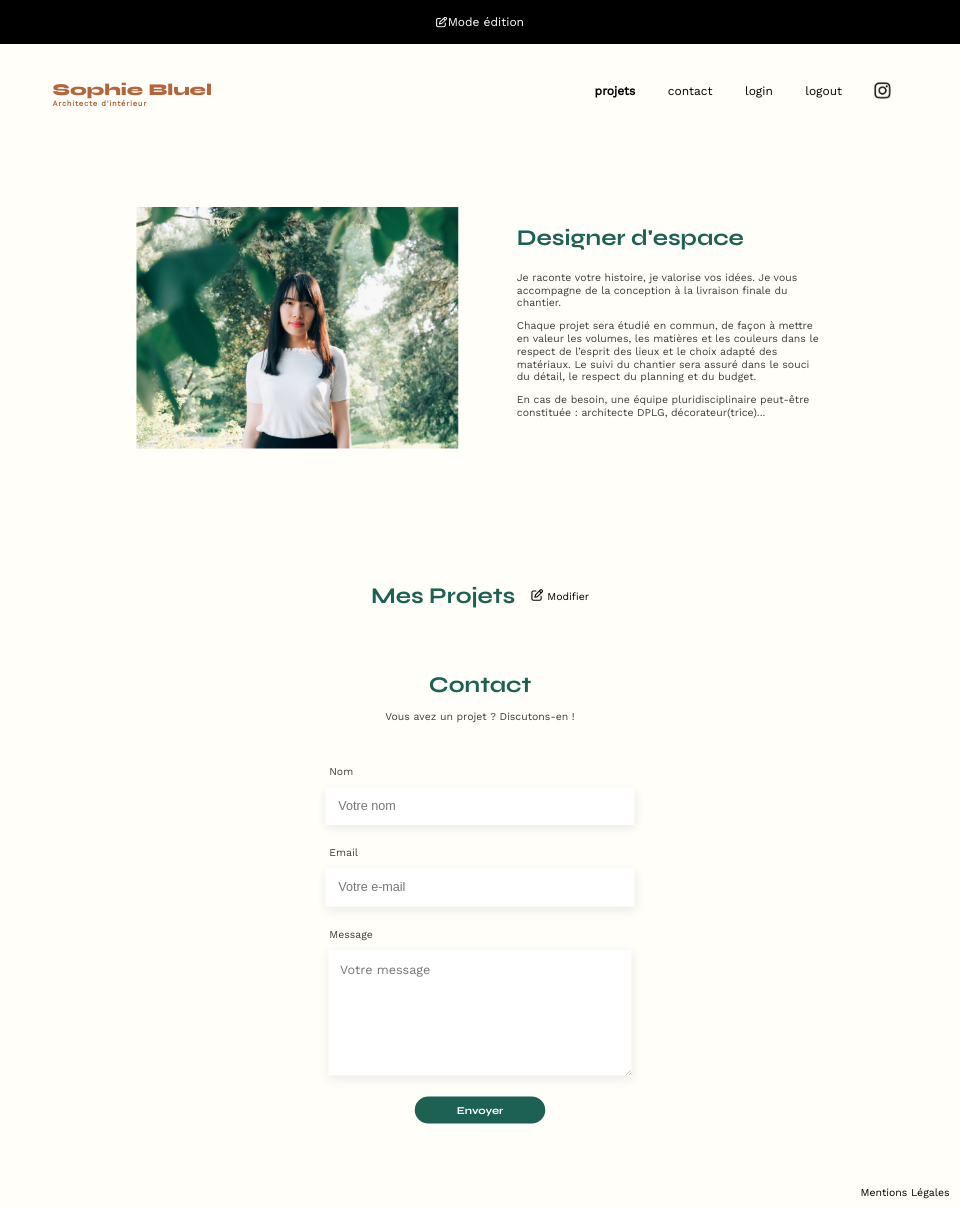
Repository: BlueSoley23/openclassrooms
Page: FrontEnd/index.html
These files come from the project's save history. The page is drawn as it stood at one moment and after the next save; the edit follows.
The browser window is 1280 px wide. The pictures show the whole page, at 75% of full size.
The page's requests for data from a server got no answer.

Above is the page before, as saved 2023-12-21 06:41:16.
Console error: TypeError: categories is not iterable

After the next save:
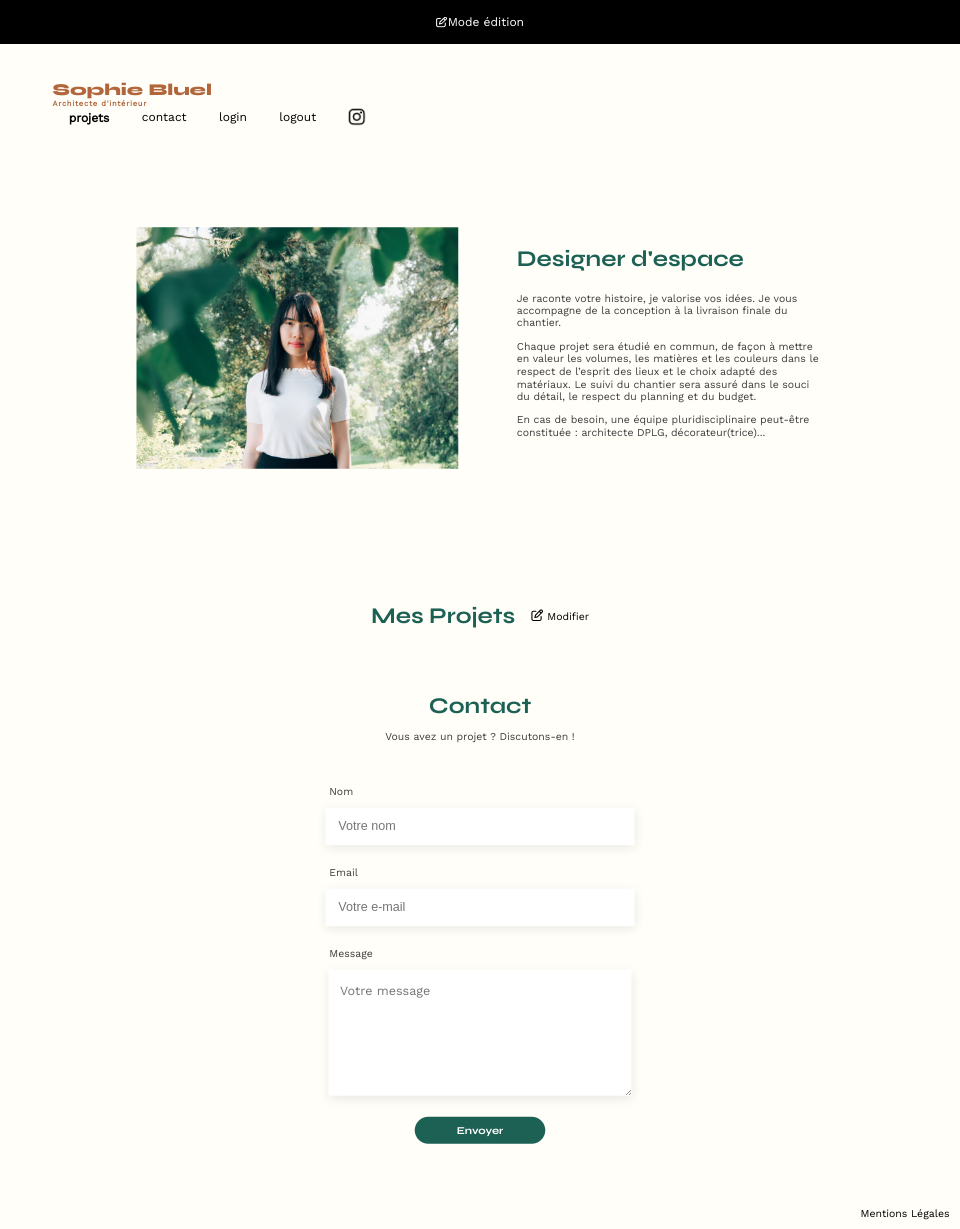
Saved 19 min 40 s later.
--- a/FrontEnd/assets/css/style.css
+++ b/FrontEnd/assets/css/style.css
@@ -567,38 +567,39 @@
 	}
 
 	.header-block {
-		margin-top: 59px;.modifier-link__content {
-			display: flex;
-			justify-content: flex-end;
-			align-items: flex-end;
-		}
+		margin-top: 59px;
+	}
+
+	.modifier-link__content {
+		display: flex;
+		justify-content: flex-end;
+		align-items: flex-end;
 		display: flex;
 		justify-content: space-between;
-	  }
-
-
-	  .modifier-link__content--icon {
+	}
+
+	.modifier-link__content--icon {
 		color: #000;
-	  }
-
-	  .portfolio__title--section {
+	}
+
+	.portfolio__title--section {
 		display: flex;
 		flex-direction: row;
 		justify-content: center;
 		justify-content: center;
 		align-items: center;
-	  }
-
-	  .modifier-link__content {
+	}
+
+	.modifier-link__content {
 		display: flex;
 		flex-direction: row;
 		justify-content: flex-end;
 		align-items: flex-end;
 		padding-top: 4.5em;
 		padding-left: 1.5em;
-	  }
-
-	  .modifier-link__content--title {
+	}
+
+	.modifier-link__content--title {
 		margin-left: 0.35em;
 		align-items: flex-end;
-	  }
+	}
